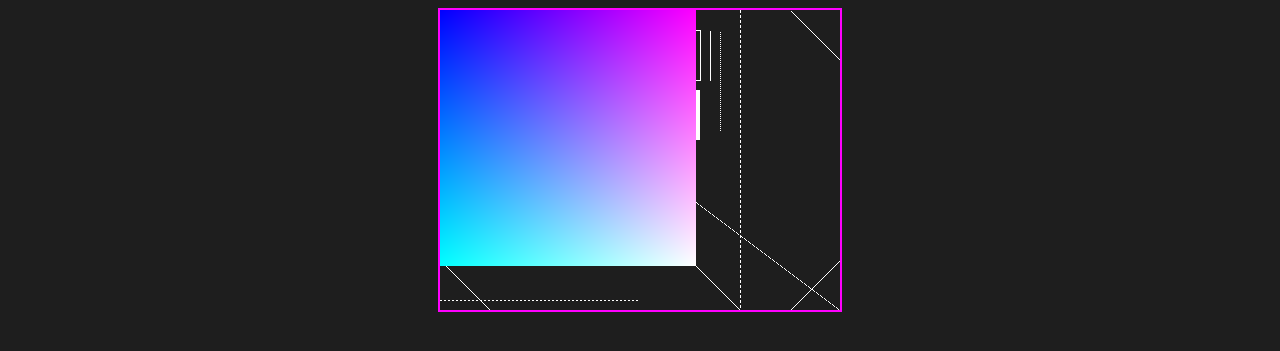
Repository: StarLightGX/miao
Page: paint.html
An editor plug-in stored every save of this project. The page is shown before and after the next save, followed by the edit.
The browser window is 1280 px wide. The pictures show the whole page.

Above is the page before, as saved 2020-11-13 16:17:34.
Console error: ReferenceError: sqrt is not defined

After the next save:
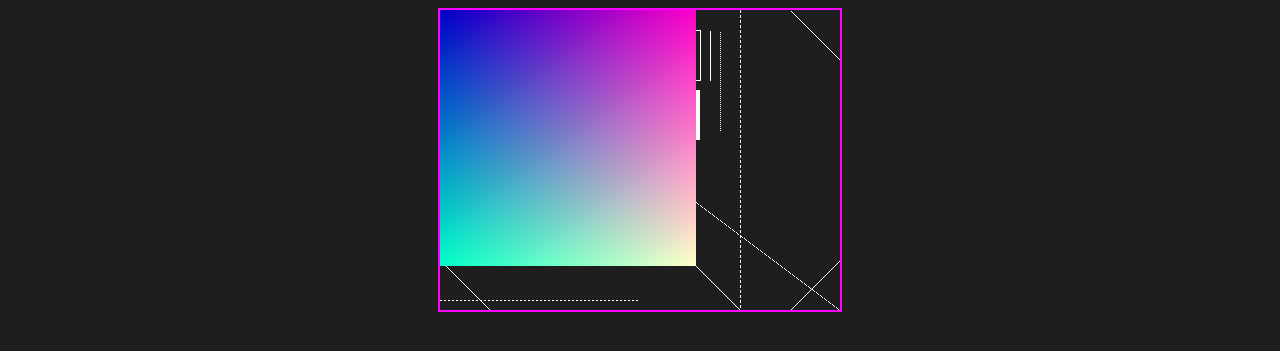
Saved 53 s later.
--- a/paint.html
+++ b/paint.html
@@ -197,7 +197,7 @@
     // 画一个rgb色彩空间的某一面
     for (x = 0; x < 256; x++) {
       for (y = 0; y < 256; y++) {
-        dot(x, y, "rgb" + "(" + x + "," + y + "," + 255 + ")");
+        dot(x, y, "rgb" + "(" + x + "," + y + "," + 200 + ")");
       }
     }
     // 画一个空心的圆
